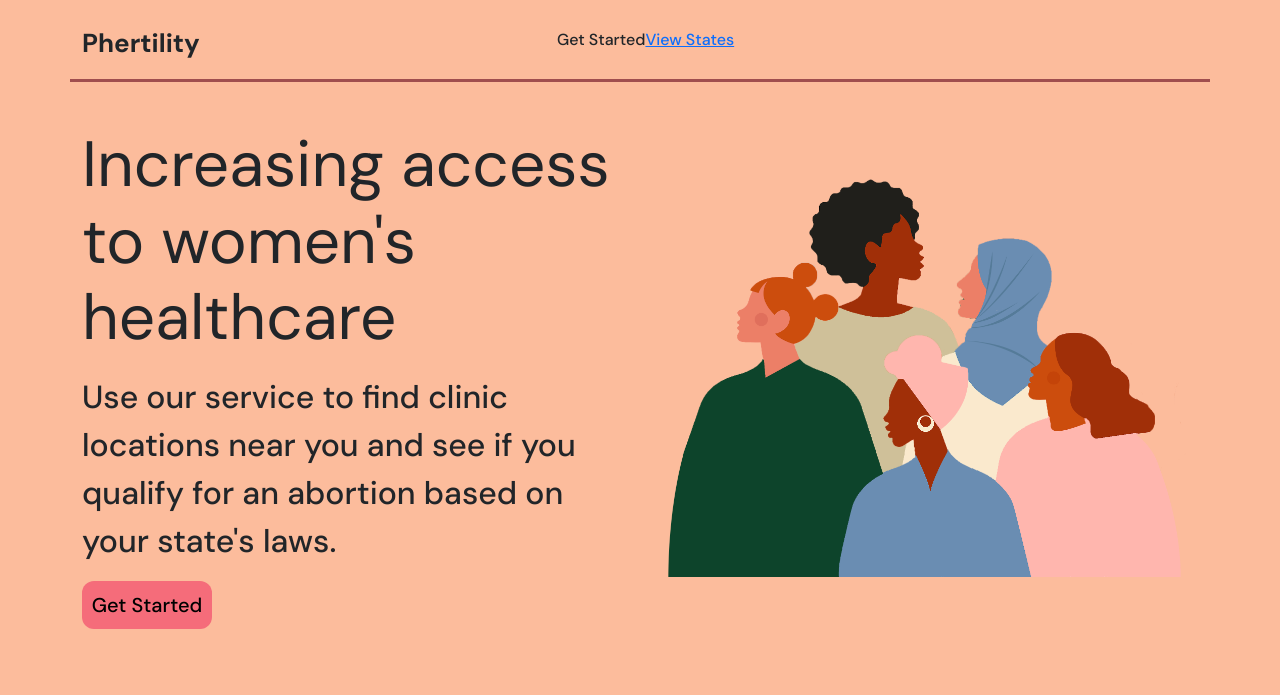
Repository: KaiDubauskas/phertility
Page: / (app in frontend/app/)
The author's editor kept a copy of each file at every save. The page is drawn from the files as they stood at one save, then again after the next save.
The browser window is 1280 px wide. The pictures show the whole page.
The project was rebuilt for these pictures with package versions that can differ from the ones it lists, and the page was loaded fresh each time. Also part of the build but not shown: frontend/app/src/CurrentLocation.js, frontend/app/src/Map.js, frontend/app/src/components/database.js, frontend/app/src/states.css, frontend/app/src/components/states.js.

Above is the page before, as saved 2022-10-23 02:44:03.

### frontend/app/public/index.html
<!DOCTYPE html>
<html lang="en">
  <head>
    <meta charset="utf-8" />

    <meta name="viewport" content="width=device-width, initial-scale=1" />
    <meta name="theme-color" content="#000000" />
    <meta
      name="description"
      content="Web site created using create-react-app"
    />
    <!--
      manifest.json provides metadata used when your web app is installed on a
      user's mobile device or desktop. See https://developers.google.com/web/fundamentals/web-app-manifest/
          <link rel="icon" href="%PUBLIC_URL%/favicon.ico" />
            <link rel="manifest" href="%PUBLIC_URL%/manifest.json" />
    -->

    <!--
      Notice the use of %PUBLIC_URL% in the tags above.
      It will be replaced with the URL of the `public` folder during the build.
      Only files inside the `public` folder can be referenced from the HTML.

      Unlike "/favicon.ico" or "favicon.ico", "%PUBLIC_URL%/favicon.ico" will
      work correctly both with client-side routing and a non-root public URL.
      Learn how to configure a non-root public URL by running `npm run build`.
    -->
    <title>React App</title>
  </head>
  <body>
    <noscript>You need to enable JavaScript to run this app.</noscript>
    <div id="root"></div>
    <!--
      This HTML file is a template.
      If you open it directly in the browser, you will see an empty page.

      You can add webfonts, meta tags, or analytics to this file.
      The build step will place the bundled scripts into the <body> tag.

      To begin the development, run `npm start` or `yarn start`.
      To create a production bundle, use `npm run build` or `yarn build`.
    -->
  </body>
</html>

### frontend/app/src/index.js
import React from 'react';
import ReactDOM from 'react-dom/client';
import './index.css';
import App from './App';
import { BrowserRouter } from "react-router-dom";


const root = ReactDOM.createRoot(document.getElementById('root'));
root.render(
    // <React.StrictMode>
      <BrowserRouter>
        <App />
      </BrowserRouter>
    // </React.StrictMode>
);

### frontend/app/src/App.js
import './App.css';
import Map from './Map';
import { Routes, Route, Link, useRoutes } from 'react-router-dom';
import "bootstrap/dist/css/bootstrap.min.css";
import Homepage from "./components/homepage.js";
import Header from "./components/header.js";
import States from "./components/states.js"

function App() {
  return (
    <div className="App">
      <Header/>
      <Routes>
        <Route path="/" element={<Homepage/>}/>
        <Route path="/map" element={<Map/>}/>
        <Route path="/states" element={<States/>}/>
      </Routes>

    </div>
  );
}

export default App;

### frontend/app/src/App.css
@import url('https://fonts.googleapis.com/css2?family=DM+Sans:wght@400;500;700&display=swap');

* {
  background-color: #fcbc9c;
  font-family: 'DM Sans', sans-serif;
  font-weight: 500;
}

.App {
  height: 100vh;
  background-color: #fcbc9c;
}

.sticky-top {
  position: sticky;
  top: 0;
  z-index: 1020;
}

.brdr {
  border-bottom-style: solid;
  border-bottom-color: rgb(160, 78, 78);
}

.logo-title {
  font-size: 26px;
  font-weight: 700;
}

.jumbot {
  height: calc(100vh + -160px);
}

/* .mapWords{
  height: calc(100vh + -160px);
} */

.btnStart {
  background-color: #f56c7a;
  text-decoration: none;
  font-weight: 450;
  border: none;
  border-radius: 0.6em;
  font-size: 1.25em;
  width: 6.5em;
  height: 48px;
}

.btnStart:hover {
  background-color: #eb4e5d;
}

### frontend/app/src/components/homepage.js
import React, { useState, useEffect } from "react";
import { Routes, Route, Link, useRoutes } from 'react-router-dom';
import '../App.css';
import "bootstrap/dist/css/bootstrap.min.css";
import { WomenHomepage } from '../Images';
// import Map from "./map.js"


const Homepage = () => {
    return (
        <header class="container align-items-center float-xxl-none bg-">
            <div class="row flex-md-row-reverse bg- jumbot align-items-center">
                <div class="col-md-6 px-4">
                    <img src={WomenHomepage} alt="" class="w-100" />
                </div>
                <div class="col-md-6 mt-8 mt-md-0">
                    <h1 class="display-3 mb-3">
                        Increasing access to women's healthcare
                    </h1>
                    <p class="mb-8 fs-2">
                        Use our service to find clinic locations near you and see if you qualify for an abortion based on your state's laws.
                    </p>
                    <Link to={{
                        pathname: `/map`,

                    }}>
                        <button type="button" class="btnStart">Get Started</button>
                    </Link>
                </div>


            </div>

        </header>
    )
}

export default Homepage;

### frontend/app/src/components/header.js
import React, { useState, useEffect } from "react";
import { Routes, Route, Link, useRoutes } from 'react-router-dom';
import "bootstrap/dist/css/bootstrap.min.css";
import '../App.css';


const Header = () => {
    return (
        <nav class="sticky-top py-3 py-lg-7 bg-">
            <div class="d-block">
                <div class="container">
                    <div class="row align-items-center justify-content-between pt-2 pb-3 brdr">
                        <div class="col-5 logo-title">
                            Phertility
                        </div>
                        {/* <div class="container-fluid"> */}
                        <div class="container-fluid col-7 text-end d-flex align-content-end">
                            {/* <div class="d-inline-block"> */}
                            <h6>Get Started</h6>
                            <Link to={{
                                pathname: `/states`,

                            }}>
                            <h6>View States</h6>

                            </Link>
                            {/* </div> */}
                        {/* </div> */}
                        </div>
                    </div>
                </div>
            </div>
        </nav>
    )
}

export default Header;

### frontend/app/src/Map.css
 *{
    background-color: transparent;
}
.mapContainer{
    height: calc(96vh + -130px);
    /* height: 80vh; */
    background-color: transparent;
    margin: 8px 0px 8px 0px;
}
.marker-image{
    text-align: center;
    display: flex;
	position: relative;
	cursor: pointer;
	perspective: 800px;
    z-index: 0;
}
.marker-image img {
    height: 55px;
    z-index: 0;
}
.marker-image:hover img {
    z-index: 0;
}
.theImg{
    z-index: 0;

}
.marker-image .details {
	width: 120px;
	height: auto;
	padding: 7px;
    padding-top: 12px;
	position: fixed;
    border-radius: 0.8rem;
    align-items: center;
	content: "";
	top: 135px;
	left: 100%;
	transform: translate(-50%, -50%) rotateY(90deg);
	transform-origin: 50%;
	background: rgb(244, 176, 176);
	/* transition: all 0.4s ease-in; */
    z-index: 1;
}
.marker-image:hover .details {
	transform: translate(-37%, -55%) rotateY(0deg);
	opacity: 1;
    z-index: 1;
}

.containerIcon{
    align-items: center;

}
.block {
    align-items: center;

}
/* .loc-name{
    font-size: 10px;
    font-weight: bold;
    font-family: 'Raleway', sans-serif;
    font-family: 'Ubuntu', sans-serif;
}
.loc-add{
    font-size: 10px;
    font-family: 'Raleway', sans-serif;
    font-family: 'Ubuntu', sans-serif;
} */

### frontend/app/src/Images/index.js
export const WomenHomepage = require('./womenpic.png');

Loaded but not shown: frontend/app/src/index.css (common file)

After the next save:
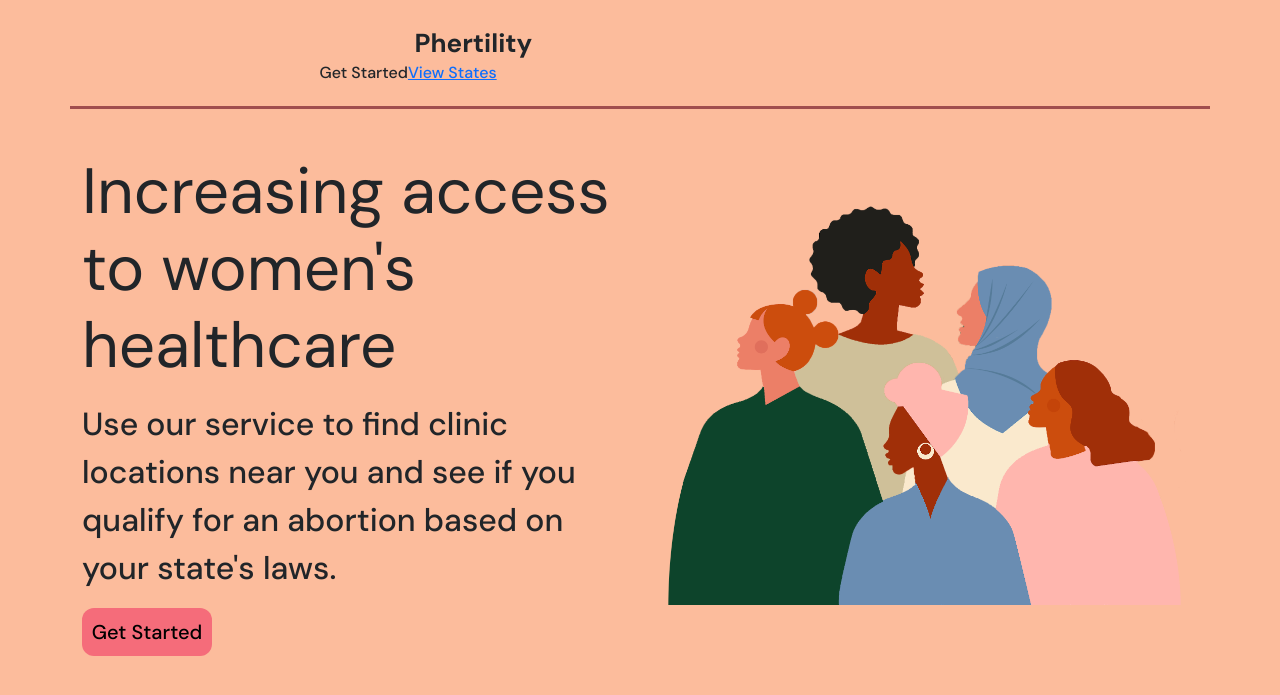
Saved 50 s later.
--- a/frontend/app/src/components/header.js
+++ b/frontend/app/src/components/header.js
@@ -9,7 +9,7 @@
         <nav class="sticky-top py-3 py-lg-7 bg-">
             <div class="d-block">
                 <div class="container">
-                    <div class="row align-items-center justify-content-between pt-2 pb-3 brdr">
+                    <div class="row flex-column align-items-center justify-content-between pt-2 pb-3 brdr">
                         <div class="col-5 logo-title">
                             Phertility
                         </div>

After the save that followed:
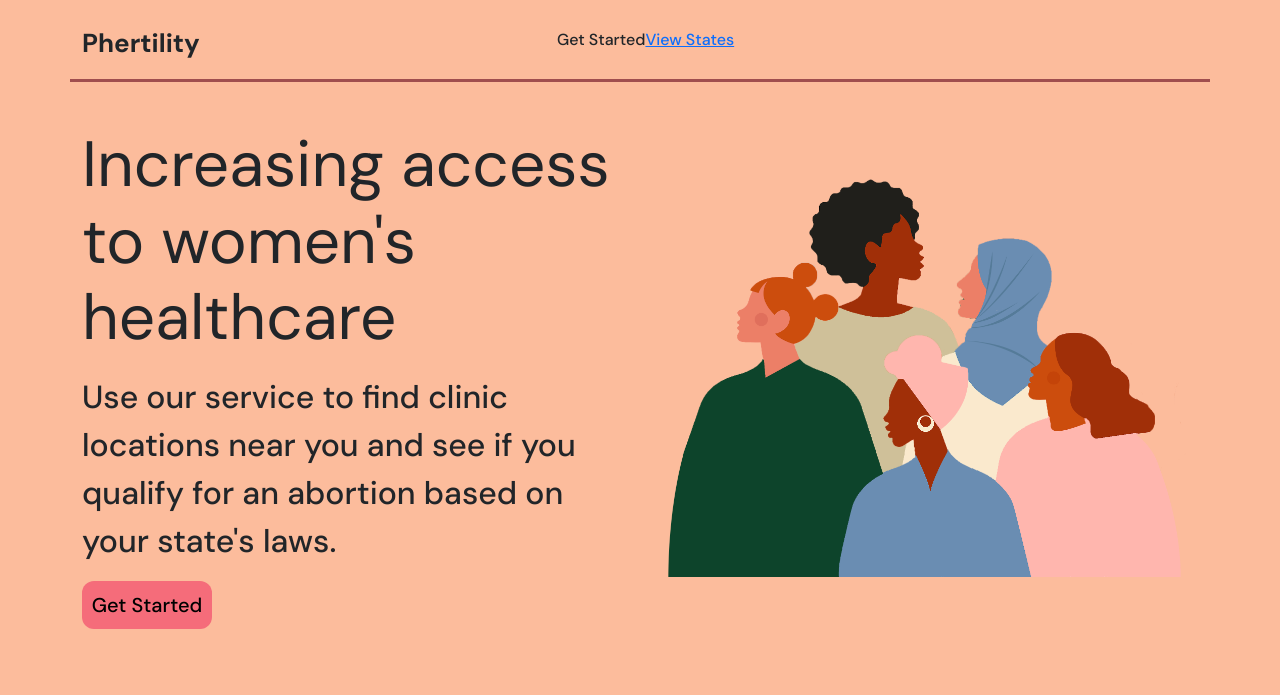
Saved 16 s later.
--- a/frontend/app/src/components/header.js
+++ b/frontend/app/src/components/header.js
@@ -9,7 +9,7 @@
         <nav class="sticky-top py-3 py-lg-7 bg-">
             <div class="d-block">
                 <div class="container">
-                    <div class="row flex-column align-items-center justify-content-between pt-2 pb-3 brdr">
+                    <div class="row align-items-center justify-content-between pt-2 pb-3 brdr">
                         <div class="col-5 logo-title">
                             Phertility
                         </div>
